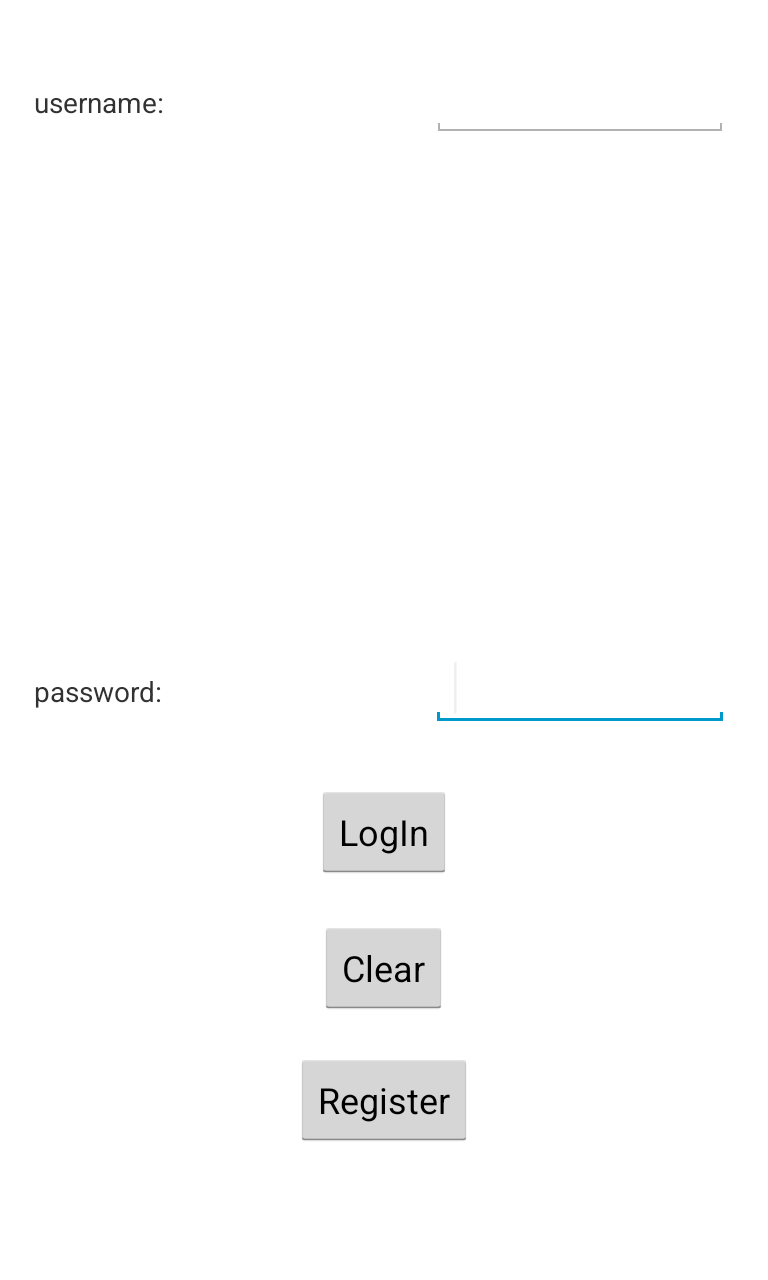
Repository: mpdehnel/seg
Layout: VectorOne/res/layout/activity_login.xml
The author's editor kept a copy of each file at every save. The layout is drawn from the files as they stood at one save, then again after the next save.
It is drawn on a 768 x 1280 px phone screen (xhdpi) without system bars, with theme AppTheme; the app's code is not run.

Above is the layout before, as saved 2013-02-14 17:08:00.

After the next save:
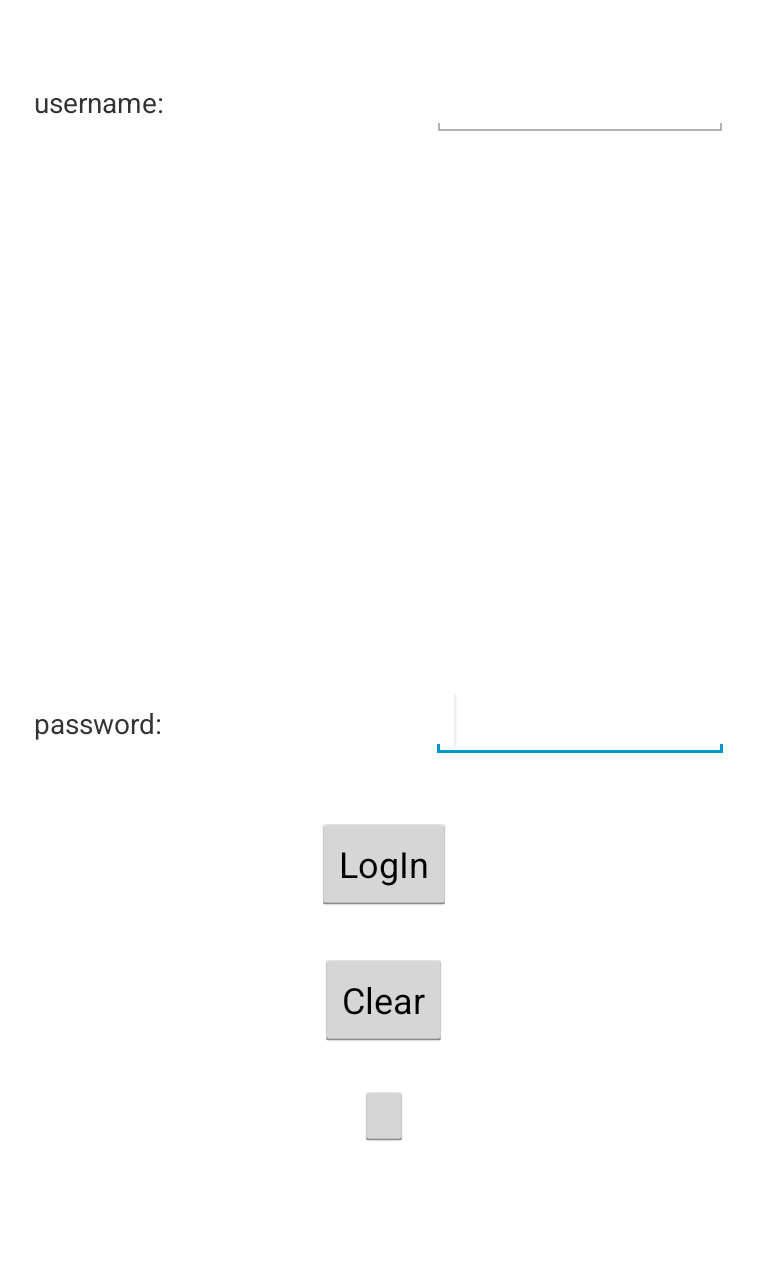
Saved 19 min 38 s later.
--- a/VectorOne/res/layout/activity_login.xml
+++ b/VectorOne/res/layout/activity_login.xml
@@ -6,7 +6,7 @@
     android:orientation="vertical"
     tools:context=".Login" >
 
-    <Button
+    <ImageButton
         android:id="@+id/registrationbutton"
         android:layout_width="wrap_content"
         android:layout_height="wrap_content"
